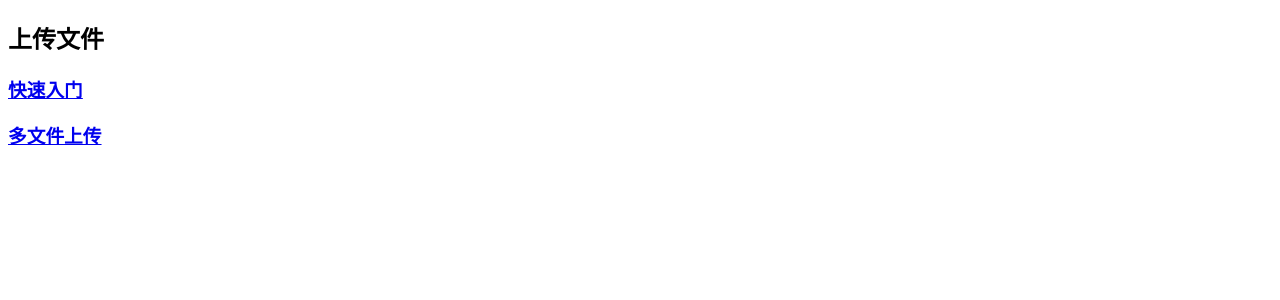
Repository: iamsongpeng/java-web-demo
Page: http://localhost/java-web-demo-upload-01/
These files come from the project's save history. The page is drawn as it stood at one moment and after the next save; the edit follows.
The browser window is 1280 px wide. The pictures show the whole page.
The page is served by Tomcat 9.

Above is the page before, as saved 2017-06-12 03:25:47.

After the next save:
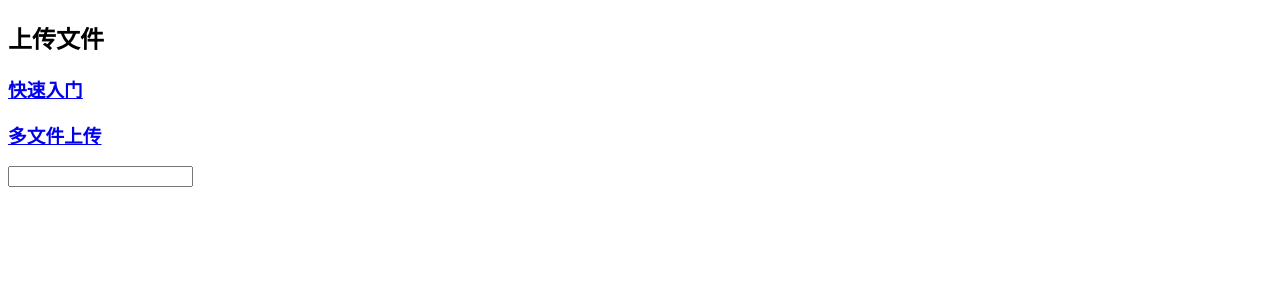
Saved 3 min 33 s later.
--- a/java-web-demo-upload-01/WebContent/index.jsp
+++ b/java-web-demo-upload-01/WebContent/index.jsp
@@ -10,6 +10,8 @@
 	<h2>上传文件</h2>
 	<h3><a href="${pageContext.request.contextPath }/upload.jsp">快速入门</a></h3>
 	<h3><a href="${pageContext.request.contextPath }/manyFileUpload.jsp">多文件上传</a></h3>
-
+	<form>
+		<input type="text" name="laoda">
+	</form>
 </body>
 </html>
